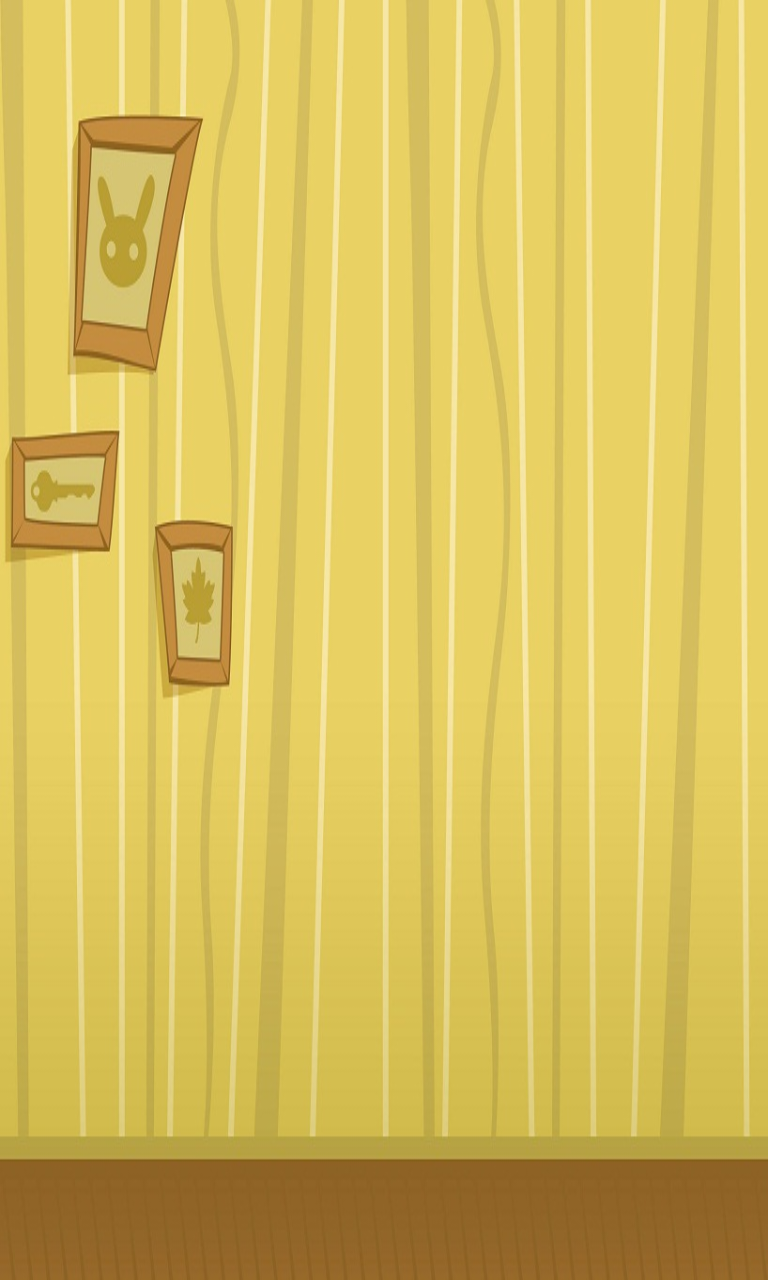
Repository: DimaPetrov/android
Layout: newapp/res/layout/puzzleback.xml
These files come from the project's save history. The layout is drawn as it stood at one moment and after the next save; the edit follows.
It is drawn on a 768 x 1280 px phone screen (xhdpi) without system bars, with theme AppTheme; the app's code is not run.

Above is the layout before, as saved 2012-10-24 08:23:22.

After the next save:
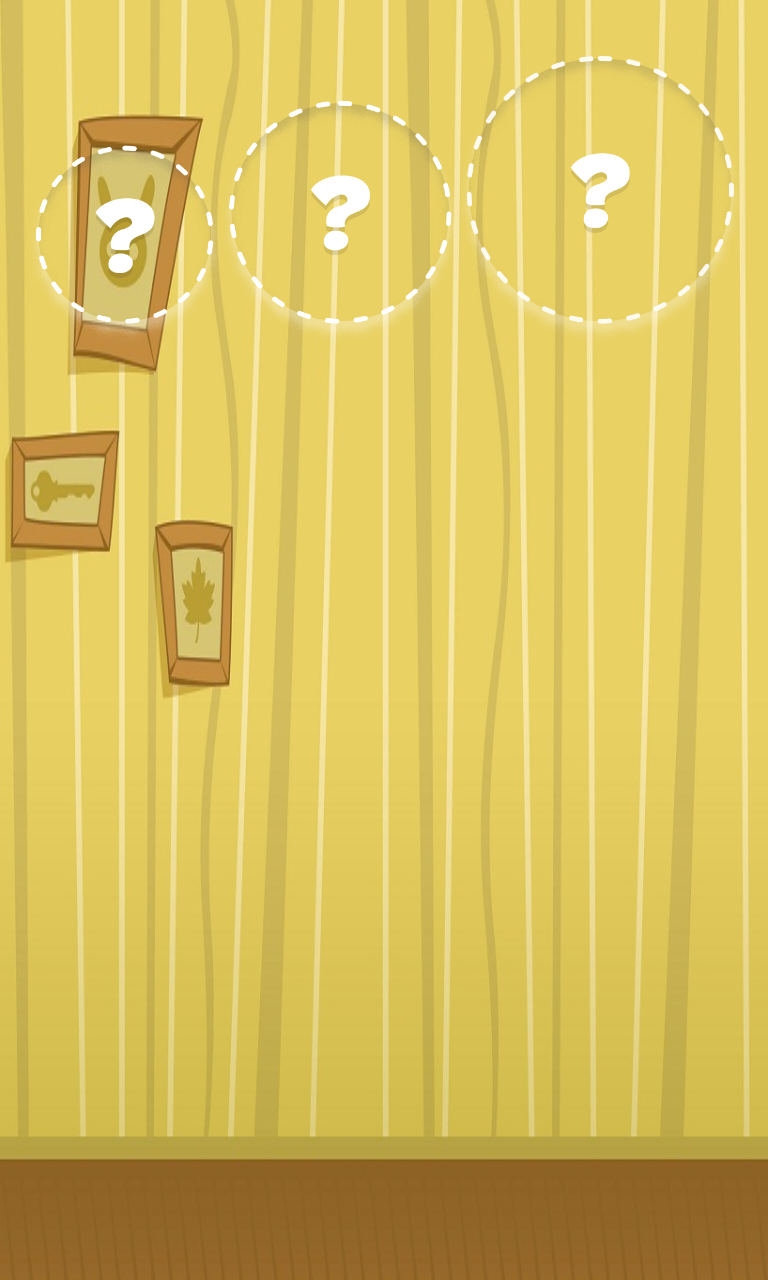
Saved 4 min 59 s later.
--- a/newapp/res/layout/puzzleback.xml
+++ b/newapp/res/layout/puzzleback.xml
@@ -12,4 +12,12 @@
         android:background="@drawable/bg_games3" >
 
     </RelativeLayout>
+    <ImageView
+        android:id="@+id/imageView1"
+        android:layout_width="400dp"
+        android:layout_height="200dp"
+        android:layout_alignParentLeft="true"
+        android:layout_alignParentRight="true"
+        android:src="@drawable/p_games_sortslots" />
+
 </RelativeLayout>
